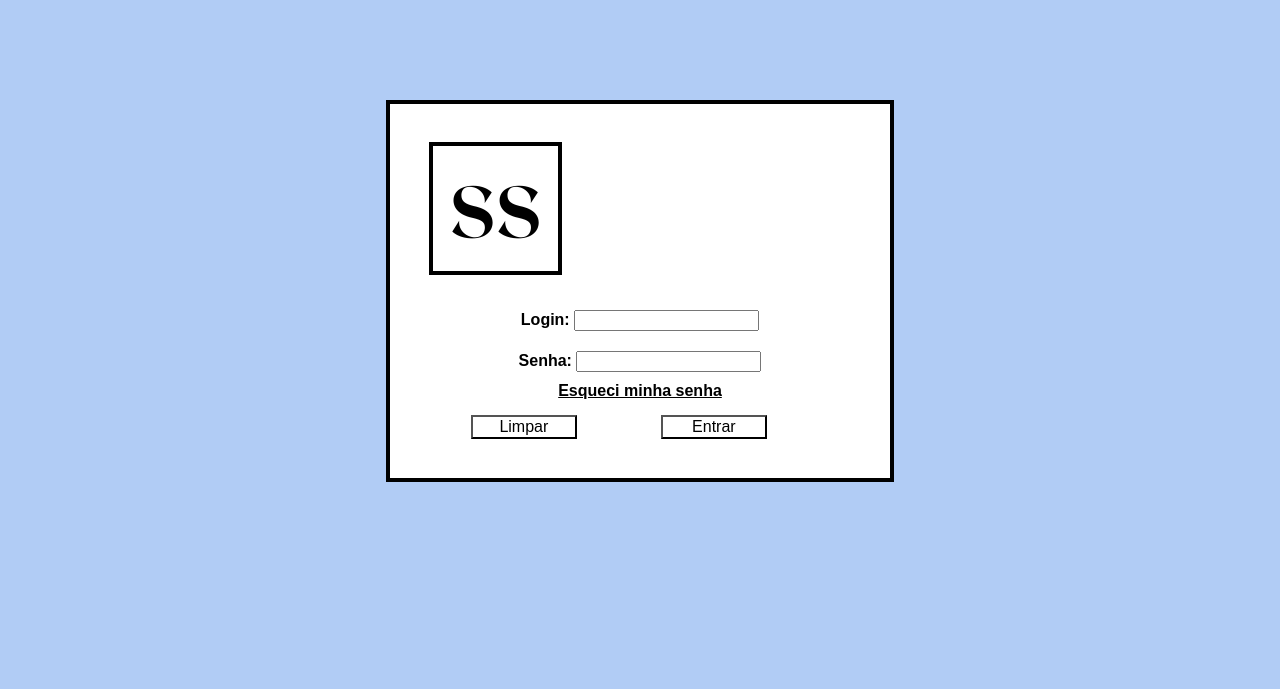
Repository: FaculdadeSenaiJoinville/PiMichelBaade
Page: http://localhost/ProjetoIndividual/
An editor plug-in stored every save of this project. The page is shown before and after the next save, followed by the edit.
The browser window is 1280 px wide. The pictures show the whole page.
The page is served by Tomcat 9.

Above is the page before, as saved 2021-08-13 23:20:53.

After the next save:
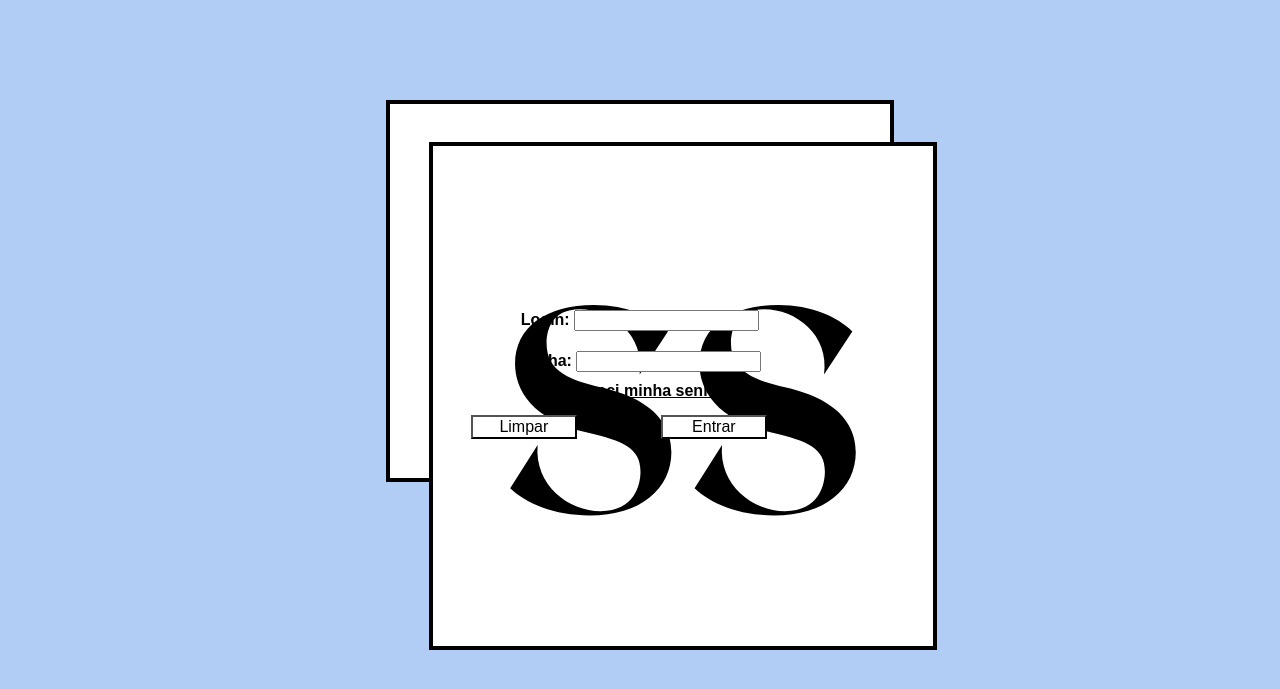
Saved 6 s later.
--- a/ProjetoIndividual/WebContent/css/site.css
+++ b/ProjetoIndividual/WebContent/css/site.css
@@ -10,8 +10,6 @@ body{
 }
 img{
 	border:4px solid #000;
-	height: 125px;
-	width: 125px;
 }
 form{
 	border:4px solid #000;
